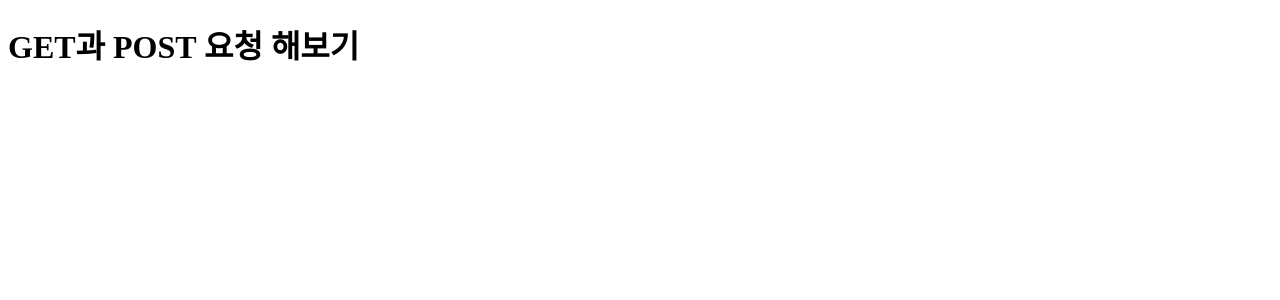
Repository: youngmoon525/GitTest
Page: Study_JspServlet/WorkSpace/01.HelloJspServlet/src/main/webapp/getpost.html
These files come from the project's save history. The page is drawn as it stood at one moment and after a run of saves; the edit follows.
The browser window is 1280 px wide. The pictures show the whole page.

Above is the page before, as saved 2023-05-18 01:52:03.

### Study_JspServlet/WorkSpace/01.HelloJspServlet/src/main/webapp/getpost.html
<!DOCTYPE html>
<html>
<head>
<meta charset="UTF-8">
<title>Insert title here</title>
</head>
<body>
	<h1> GET과 POST 요청 해보기</h1>
	<!-- text값을 요청할수있는 폼태그 하나만들고 요청해보기.(Submit)  -->
</body>
</html>

After the next 2 saves:
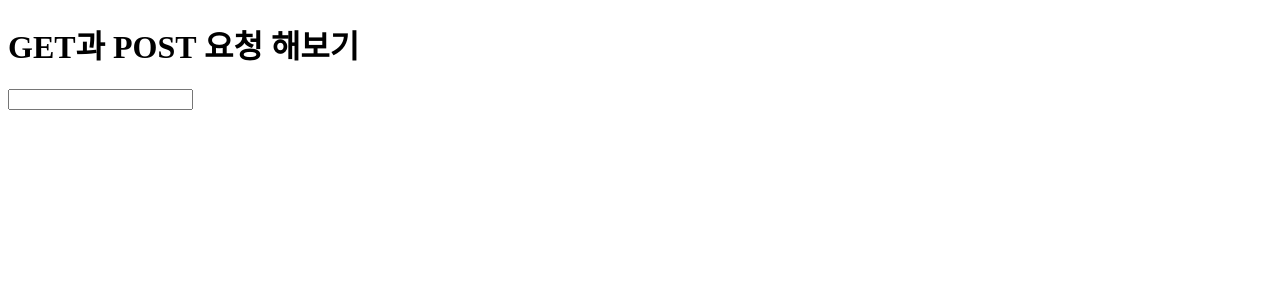
The 2 saves are shown as one change because they came seconds apart.
The last was saved 6 min 29 s later.
--- a/Study_JspServlet/WorkSpace/01.HelloJspServlet/src/main/webapp/getpost.html
+++ b/Study_JspServlet/WorkSpace/01.HelloJspServlet/src/main/webapp/getpost.html
@@ -7,5 +7,8 @@
 <body>
 	<h1> GET과 POST 요청 해보기</h1>
 	<!-- text값을 요청할수있는 폼태그 하나만들고 요청해보기.(Submit)  -->
+	<form action=""><!-- action:   -->
+		<input type="text" name="txt1" id="txt2" ><!-- name vs id  -->
+	</form>
 </body>
 </html>
